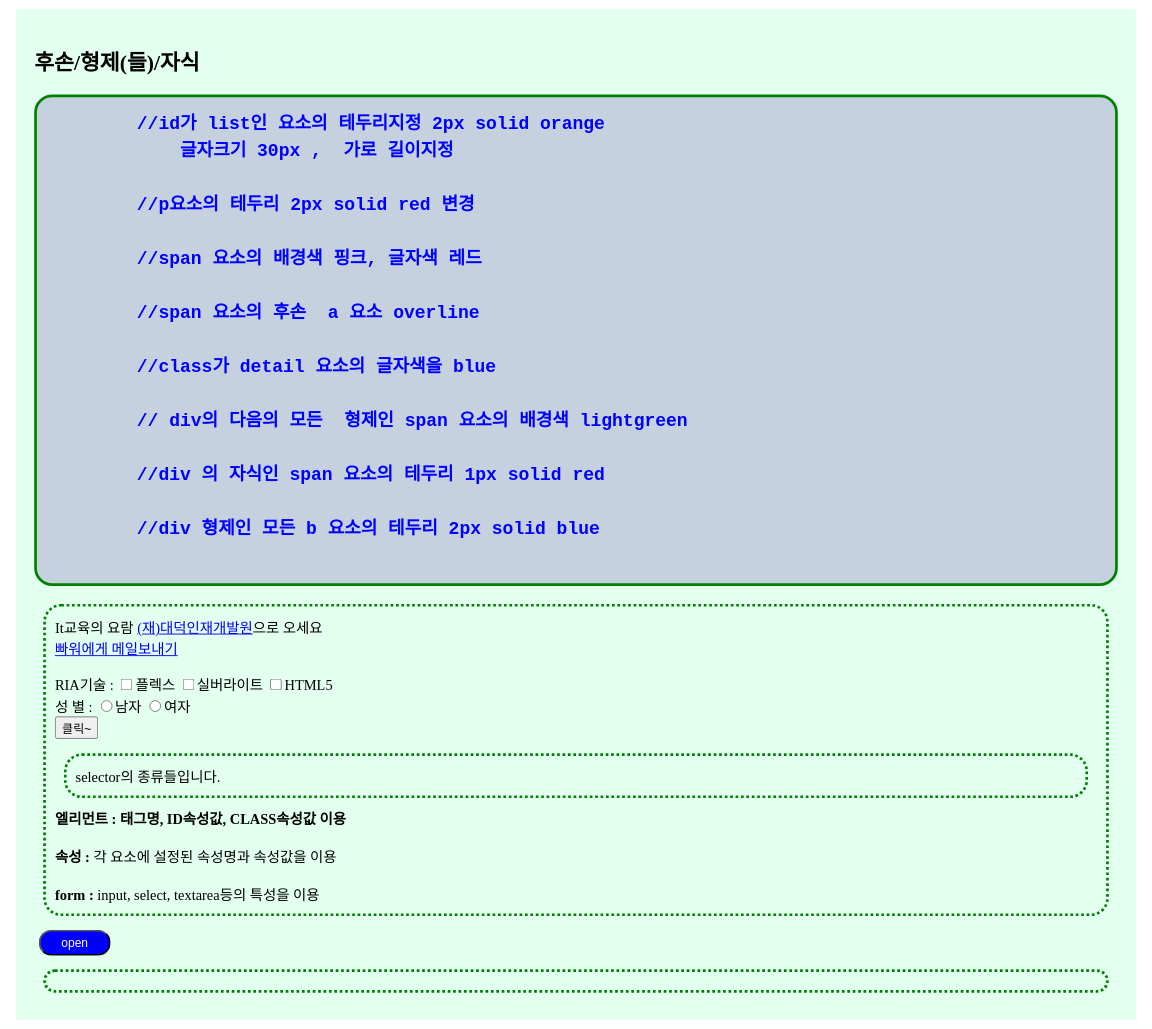
Repository: ypyp0205/jquery
Page: jqpro/WebContent/0210/선택자_엘리먼트2.html
The author's editor kept a copy of each file at every save. The page is drawn from the files as they stood at one save, then again after the next save.
The browser window is 1280 px wide. The pictures show the whole page, at 90% of full size.

Above is the page before, as saved 2020-02-10 03:49:17.

### jqpro/WebContent/0210/선택자_엘리먼트2.html
<!DOCTYPE html>
<html>
<head>
<meta charset="UTF-8">
<title>Insert title here</title>
<link rel="stylesheet" href="../CSS/mystyle.css">
<script src="../js/jquery-3.4.1.min.js" type="text/javascript"></script>

<script type="text/javascript">
	$(function(){
		$('button').on('click', function() {

			//h2의 자식 a 태그의 스타일 에 테두리 설정 - solid
		/* 	$('#list~b').css('border', '2px solid blue');
			$('#list~span').css('border', '2px solid red');
							.css('background', 'green'); */


			//id가 list인 요소의 테두리지정 2px solid orange
			//글자크기 30px ,  가로 길이지정
			$('#list').css('border', '2px solid orange')
					  .css('font-size', '30px');

			//p요소의 테두리 2px solid red 변경
				$('p').css('border', '2px solid red');


			//span 요소의 배경색 핑크, 글자색 레드
				$('span').css('background', 'pink')
				   .css('color', 'red');


			//span 요소의 후손  a 요소 overline
					$('span>a').css('text-decoration', 'overline');
			//class가 detail 요소의 글자색을 blue
					$('.detail').css('color', 'blue');
			// div의 다음의 모든  형제인 span 요소의 배경색 lightgreen
					$('div~span').css('background', 'lightgreen');
			//div 의 자식인 span 요소의 테두리 1px solid red
						$('div>span').css('border', '2px solid red');
			//div 형제인 모든 b 요소의 테두리 2px solid blue
						$('div~b').css('border', '2px solid blue');
						$('input[type=button]').css('background', 'green')
						.css('margin-left', '80px');

		})



	})
</script>
</head>
<body>

	<div class="box">
		<h2>후손/형제(들)/자식</h2>
		<pre>
	//id가 list인 요소의 테두리지정 2px solid orange
	    글자크기 30px ,  가로 길이지정

	//p요소의 테두리 2px solid red 변경

	//span 요소의 배경색 핑크, 글자색 레드

	//span 요소의 후손  a 요소 overline

	//class가 detail 요소의 글자색을 blue

	// div의 다음의 모든  형제인 span 요소의 배경색 lightgreen

	//div 의 자식인 span 요소의 테두리 1px solid red

	//div 형제인 모든 b 요소의 테두리 2px solid blue
		</pre>





	<div>
<span>It교육의 요람 <a href="http://www.ddit.or.kr">
         (재)대덕인재개발원</a>으로 오세요
 </span><br>
<a href="mailto:power2c@ddit.or.kr">빠워에게 메일보내기</a>

<p>
RIA기술 : <input type="checkbox" name="ria" value="플렉스"/>플렉스
<input type="checkbox" name="ria" value="실버라이트"/>실버라이트
<input type="checkbox" name="ria" value="HTML5"/>HTML5<br>

성 별 : <input type="radio" name="gender" value="남자"/>남자
<input type="radio" name="gender" value="여자"/>여자<br>
<input type="button" value="클릭~"/><br>
</p>

<div id="list">selector의 종류들입니다.</div>
<b>엘리먼트 : </b>
<span class="detail"><b>태그명, ID속성값, CLASS속성값 이용</b></span><br><br>
<b>속성 : </b>
<span class="detail">각 요소에 설정된 속성명과 속성값을 이용</span><br><br>
<b>form : </b>
<span class="detail">input, select, textarea등의 특성을 이용</span>
</div>

<button type="button" onclick="proc1()">open</button>






	<div id="result1"></div>
	</div>
</body>
</html>

### jqpro/WebContent/CSS/mystyle.css
@CHARSET "UTF-8";

pre {
	height: auto;
	background: #efffef;
	border: 3px solid green;
	font-size: 20px;
	padding: 10px;
	border-radius: 20px;
}

.box {
	background: #e3ffef;
	margin: 10px;
	height: auto;
	padding: 20px;
}

.box div {
	border: 3px dotted green;
	height: auto;
	margin: 10px;
	padding: 10px;
	border-radius: 20px;
}

.box button {
	color: white;
	background: blue;
	padding: 5px;
	margin: 5px;
	width: 80px;
	border-radius: 40px;
}

.box pre {
	padding: 15px;
	color: blue;
	background: rgb(197, 209, 222);
	line-height: 1.5em;
	font-weight: bold;
	}

Loaded but not shown: jqpro/WebContent/js/jquery-3.4.1.min.js (library)

After the next save:
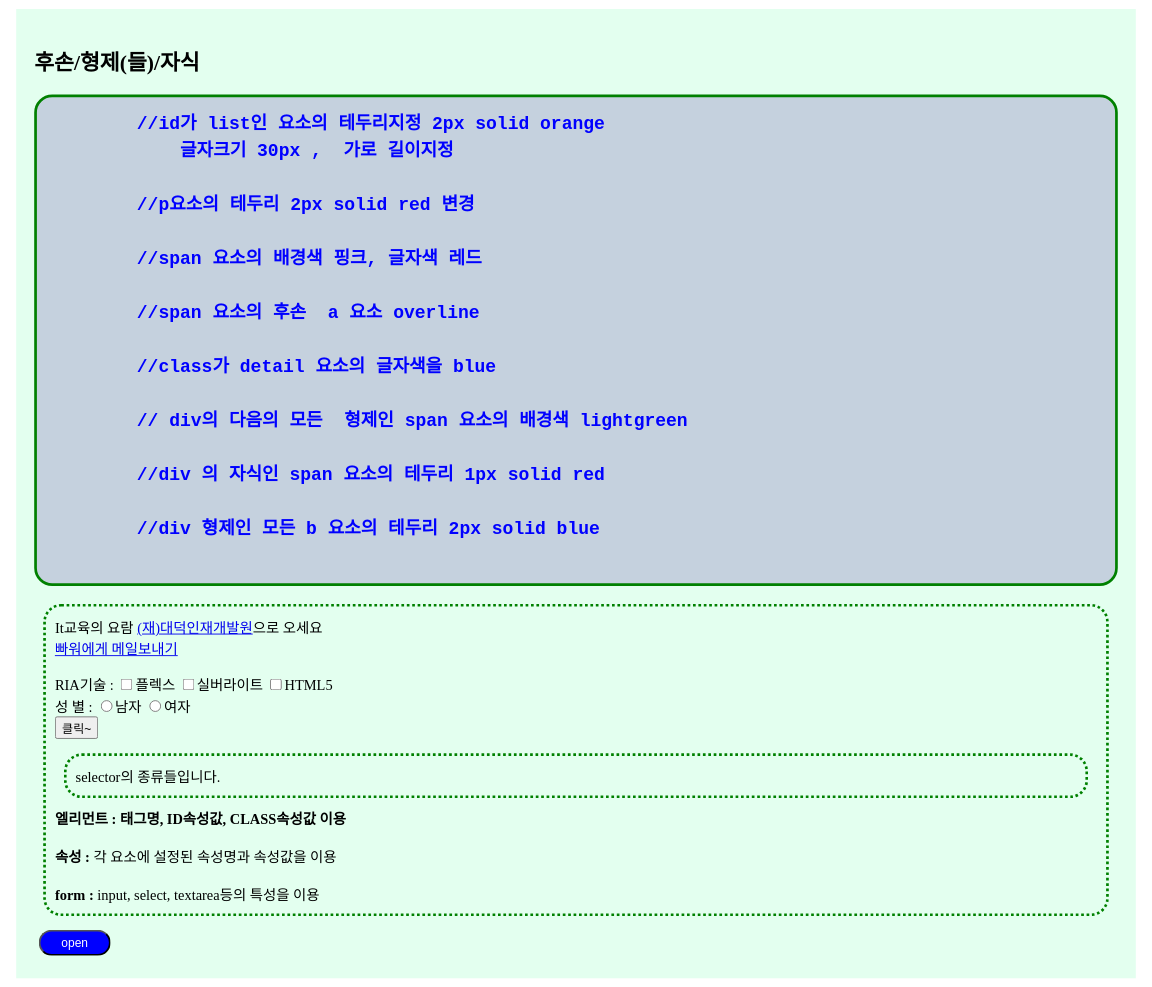
Saved 10 s later.
--- a/jqpro/WebContent/0210/선택자_엘리먼트2.html
+++ b/jqpro/WebContent/0210/선택자_엘리먼트2.html
@@ -105,11 +105,5 @@ RIA기술 : <input type="checkbox" name="ria" value="플렉스"/>플렉스
 <button type="button" onclick="proc1()">open</button>
 
 
-
-
-
-
-	<div id="result1"></div>
-	</div>
 </body>
 </html>
